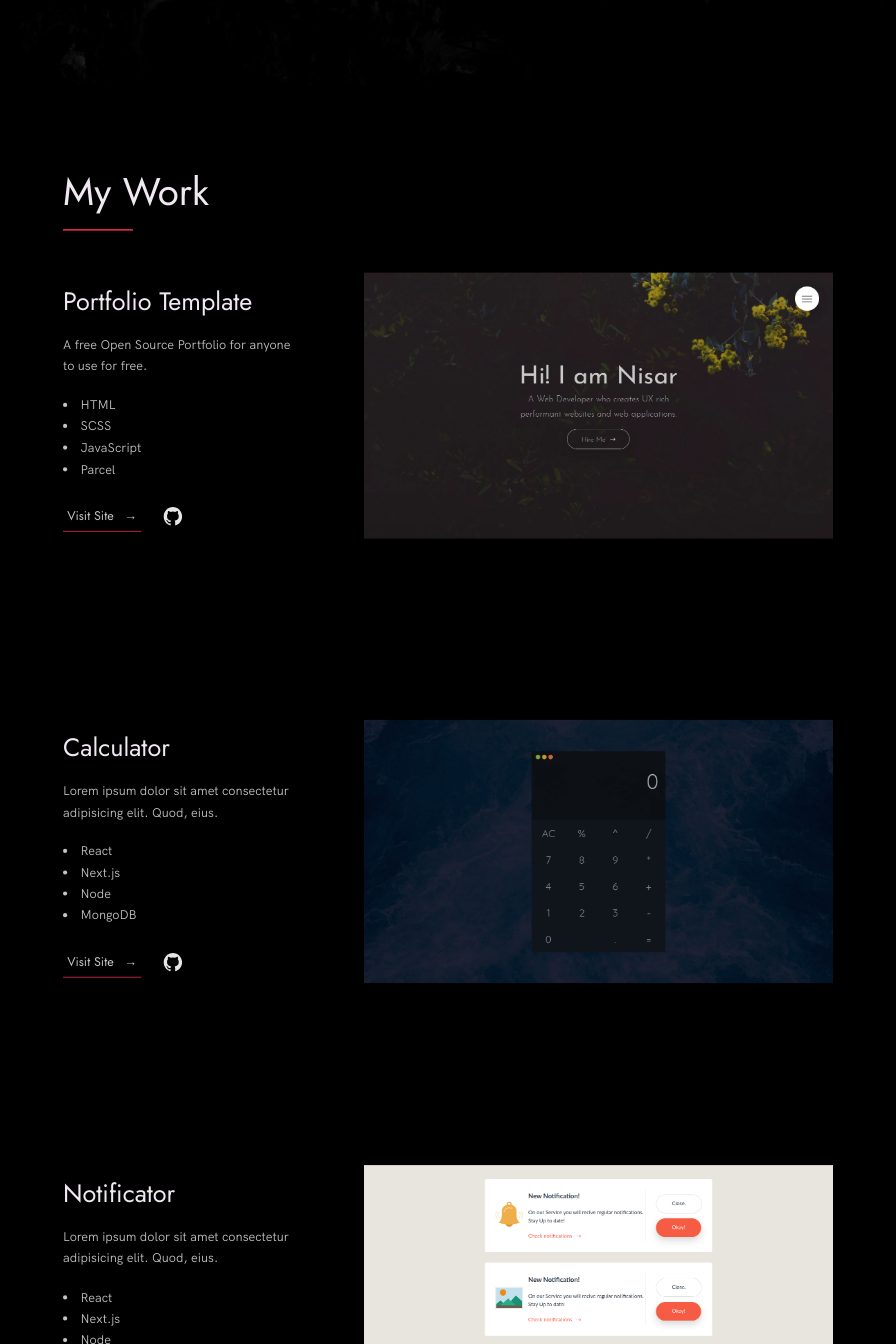
Repository: flyWithWater/portfolio
Page: index.html
The author's editor kept a copy of each file at every save. The page is drawn from the files as they stood at one save, then again after the next save.
The browser window is 1280 px wide. The pictures show the part of the page from y = 599 to 2519 px (the page is 4897 px tall before and 5195 px after), at 70% of full size.
Backgrounds fixed to the window are drawn as part of the page.

Above is the page before, as saved 2026-04-15 16:15:10.

### index.html
<!--
  Hello 😊.

  This template is designed and developed by Nisar Hassan Naqvi
  for anyone to use for free or customize the way they like.

  Github Repo: https://github.com/nisarhassan12/portfolio-template/
  My Website: https://nisar.dev

  For business & inquires, contact me => syednisarhassan12@gmail.com
-->

<!--
  Follow the instructions written in comments to create your stunning portfolio
-->

<!DOCTYPE html>
<html lang="en">

<head>
  <meta charset="UTF-8" />
  <meta name="viewport" content="width=device-width, initial-scale=1.0" />
  <link rel="shortcut icon" type="image/png" href="./images/favicon.png" />

  <!-- Put your site title here -->
  <title>
    Shane Zhang | A Back-End & Android Developer based in Auckland, New Zealand.
  </title>

  <meta name="description" content="Add small description of yourslef.">
  <!-- Add some coding keywords below, Ex: (React, CSS etc) -->
  <meta name="keywords" content="Put your name, skills and some coding keywords" />
  <link rel="stylesheet" href="index.css" />
</head>

<body>

  <!-- ***** Header ***** -->

  <header class="header" role="banner" id="top">
    <div class="row">
      <nav class="nav" role="navigation">
        <ul class="nav__items">
          <li class="nav__item"><a href="#work" class="nav__link">Work</a></li>
          <li class="nav__item"><a href="#clients" class="nav__link">Clients</a></li>
          <li class="nav__item">
            <a href="#about" class="nav__link">About</a>
          </li>
          <li class="nav__item">
            <a href="#contact" class="nav__link">Contact</a>
          </li>
        </ul>
      </nav>
    </div>
    <div class="header__text-box row">
      <div class="header__text">
        <h1 class="heading-primary">
          <!-- Replace the following name with your name -->
          <span>Changsheng Zhang</span>
        </h1>
        <!-- Put a small paragraph about yourself -->
        <p>A Back-End,Android App Developer, Researcher based in Auckland, New Zealand.</p>
        <a href="#contact" class="btn btn--pink">Get in touch</a>
      </div>
    </div>
  </header>

  <main role="main">

    <!-- ***** Work ***** -->

    <section class="work" id="work">
      <div class="row">
        <h2>My Work</h2>
        <div class="work__boxes">

          <!-- Each div with the work__box class is a project. -->

          <div class="work__box">
            <div class="work__text">
              <h3>Portfolio Template</h3>
              <p>
                A free Open Source Portfolio for anyone to use for free.
              </p>
              <ul class="work__list">
                <li>HTML</li>
                <li>SCSS</li>
                <li>JavaScript</li>
                <li>Parcel</li>
              </ul>

              <div class="work__links">
                <a href="https://nisar.surge.sh" target="_blank" class="link__text">
                  Visit Site <span>&rarr;</span>
                </a>
                <a href="https://github.com/nisarhassan12/portfolio" title="View Source Code" target="_blank">
                  <img src="./images/github.svg" class="work__code" alt="GitHub">
                </a>
              </div>
            </div>
            <div class="work__image-box">
              <img src="./images/project-1.png" class="work__image" alt="Project 1" />
            </div>
          </div>

          <div class="work__box">
            <div class="work__text">
              <h3>Calculator</h3>
              <p>
                Lorem ipsum dolor sit amet consectetur adipisicing elit. Quod,
                eius.
              </p>
              <ul class="work__list">
                <li>React</li>
                <li>Next.js</li>
                <li>Node</li>
                <li>MongoDB</li>
              </ul>

              <div class="work__links">
                <a href="#" class="link__text">
                  Visit Site <span>&rarr;</span>
                </a>
                <a href="#">
                  <img src="./images/github.svg" class="work__code" title="View Source Code" alt="GitHub">
                </a>
              </div>
            </div>
            <div class="work__image-box">
              <img src="./images/project-2.png" class="work__image" alt="Project 1" />
            </div>
          </div>

          <div class="work__box">
            <div class="work__text">
              <h3>Notificator</h3>
              <p>
                Lorem ipsum dolor sit amet consectetur adipisicing elit. Quod,
                eius.
              </p>
              <ul class="work__list">
                <li>React</li>
                <li>Next.js</li>
                <li>Node</li>
                <li>MongoDB</li>
              </ul>

              <div class="work__links">
                <a href="#" class="link__text">
                  Visit Site <span>&rarr;</span>
                </a>
                <a href="#">
                  <img src="./images/github.svg" class="work__code" title="View Source Code" alt="GitHub">
                </a>
              </div>
            </div>
            <div class="work__image-box">
              <img src="./images/project-3.png" class="work__image" alt="Project 3" />
            </div>
          </div>
        </div>
      </div>
    </section>

    <!-- ***** Clients ***** -->

    <section class="client" id="clients">
      <div class="row">
        <h2>Clients</h2>
        <div class="client__logos">
          <!-- Add logos of the clients or companies you'have worked with. -->
          <img src="./images/ronjones.png" class="client__logo" alt="Company 2" />
          <img src="./images/goldengrid.png" class="client__logo" alt="Company 3" />
          <img src="./images/bullseye.png" class="client__logo" alt="Company 1" />
          <img src="./images/mighty-furnitures.png" class="client__logo" alt="Company 1" />
          <img src="./images/fastlane.png" class="client__logo" alt="Company 3" />
          <img src="./images/chippy.png" class="client__logo" alt="Company 1" />
        </div>
      </div>
    </section>

    <!-- ***** About ***** -->

    <section class="about" id="about">
      <div class="row">
        <h2>About Me</h2>
        <div class="about__content">
          <div class="about__text">
            <!-- Replace the below paragraph with info about yourself -->
            <p>
              Lorem ipsum dolor sit amet, consectetur adipisicing elit. Eos id
              nostrum illo harum blanditiis, tenetur eum suscipit cupiditate
              in vel, ex quam quidem quos mollitia labore aut sunt eius
              ratione molestiae fuga veniam facere similique voluptate.
            </p>
            <!-- Provide a link to your resume -->
            <a href="#" class="btn">My Resume</a>
          </div>

          <div class="about__photo-container">
            <!-- Add a nice photo of yourself -->
            <img class="about__photo" src="./images/syed-ali-hussnain.jpg" alt="" />
          </div>
        </div>
      </div>
    </section>
  </main>

  <!-- ***** Contact ***** -->

  <section class="contact" id="contact">
    <div class="row">
      <h2>Get in Touch</h2>
      <div class="contact__info">
        <p>
          Are you looking for a fast-performing and user-friendly website to
          represent your product or business? or looking for any kind of
          consultation? or want to ask questions? or have some advice for me
          or just want to say "Hi 👋" in any case feel free to Let me know. I
          will do my best to respond back. 😊 The quickest way to reach out to
          me is via an email.
        </p>
        <!-- Replace the email with yours -->
        <a href="mailto:you@example.com" class="btn">you@example.com</a>
      </div>
    </div>
  </section>

  <!-- ***** Footer ***** -->

  <footer role="contentinfo" class="footer">
    <div class="row">
      <!-- Update the links to point to your accounts -->
      <ul class="footer__social-links">
        <li class="footer__social-link-item">
          <a href="https://twitter.com/nisarhassan12/" title="Link to Twitter Profile">
            <img src="./images/twitter.svg" class="footer__social-image" alt="Twitter">
          </a>
        </li>
        <li class="footer__social-link-item">
          <a href="https://github.com/nisarhassan12/" title="Link to Github Profile">
            <img src="./images/github.svg" class="footer__social-image" alt="Github">
          </a>
        </li>
        <li class="footer__social-link-item">
          <a href="https://codepen.io/nisar_hassan" title="Link to Codepen Profile">
            <img src="./images/codepen.svg" class="footer__social-image" alt="Codepen">
          </a>
        </li>
        <li class="footer__social-link-item">
          <a href=https://www.linkedin.com/in/nisar-hassan-naqvi-413466199/">
            <img src="./images/linkedin.svg" title="Link to Linkedin Profile" class="footer__social-image" alt="Linkedin">
          </a>
        </li>
      </ul>

      <!-- If you give me some credit by keeping the below paragraph, will be huge for me 😊 Thanks. -->
      <p>
        &copy; 2020 - Template designed & developed by <a href="https://nisar.dev" class="link">Nisar</a>.
      </p>
      <div class="footer__github-buttons">
        <iframe
          src="https://ghbtns.com/github-btn.html?user=nisarhassan12&repo=portfolio-template&type=watch&count=true"
          frameborder="0" scrolling="0" width="170" height="20" title="Watch Portfolio Template on GitHub">
        </iframe>
      </div>
    </div>
  </footer>

  <a href="#top" class="back-to-top" title="Back to Top">
    <img src="./images/arrow-up.svg" alt="Back to Top" class="back-to-top__image"/>
  </a>
  <script src="./index.js"></script>
</body>

</html>

### index.css
/* --------------------------------------- */
/* ----- Basic Setup ----- */
/* --------------------------------------- */

@font-face {
    font-family: 'Hk Grotesk';
    font-style: normal;
    font-weight: 400;
    src: url('./fonts/HKGrotesk-Regular.woff') format('woff');
}

@font-face {
    font-family: 'Jost';
    font-style: normal;
    font-weight: 400;
    src: url('./fonts/Jost-Regular.ttf') format('woff');
}

* {
    margin: 0;
    padding: 0;
    box-sizing: inherit;
}

:root {
    --font-size-small: 1.8rem;
    --font-size-normal: 2.2rem;
    --font-size-medium: 2.8rem;
    --font-size-medium-1: 3.6rem;
    --font-size-large: 5.5rem;
    --font-size-huge: 7.5rem;
    --font-stack: 'Hk Grotesk', sans-serif;

    --line-height-normal: 1.7;
    --line-height-small: 1.2;

    --black: #000;
    --pink: #ff3258;
    --white: #f0e9f2;
    --white-1: #e5e5e6da;


    --container-max-width: 1180px;
    --container-normal-width: 800px;
    --container-medium-width: 700px;
    --container-small-width: 500px;

    --gutter-huge: 12rem;
    --gutter-medium: 6rem;
    --gutter-normal: 3rem;
    --gutter-small-1: 2.5rem;
    --gutter-small: 2rem;

    --border-light: 1px solid rgb(36, 35, 35);
}

html {
    font-size: 62.5%; /* (16/10)*100 = 62.5% => 1rem = 10px */
    box-sizing: border-box;
    scroll-behavior: smooth;
}

@media(max-width: 1000px) {
    html {
        font-size: 52%;
    }
}

body {
    font-size: var(--font-size-small);
    font-family: var(--font-stack);
    font-weight: 400;
    color: var(--white-1);
    line-height: var(--line-height-normal);
    background: var(--black);
    overflow-x: hidden;
}

.row {
    max-width: var(--container-max-width);
    margin: 0 auto;
}

@media(max-width: 1340px) {
    .row {
        max-width: 1100px;
    }
}

@media(max-width: 1240px) {
    .row {
        padding: 0 var(--gutter-medium);
    }
}

@media(max-width: 600px) {
    .row {
        padding: 0 var(--gutter-normal);
    }
}

@media(max-width: 600px) {
    .row {
        padding: 0 var(--gutter-small);
    }
}

section {
    padding: var(--gutter-huge) 0;
    border-bottom: var(--border-light);
}

img {
    object-fit: contain;
    max-width: 100%;
}

/* --------------------------------------- */
/* ----- Headlines and Paragraphs ----- */
/* --------------------------------------- */

h1,
h2,
h3 {
    font-family: 'Jost', sans-serif;
    font-weight: 400;
    line-height: var(--line-height-small);
    color: var(--white);
}

.heading-primary {
    line-height: 1;
    font-size: var(--font-size-huge);
    font-weight: 400;
}

@media(max-width: 900px) {
    .heading-primary {
        font-size: 6.5rem;
    }
}

h2 {
    font-size: var(--font-size-large);
    margin-bottom: var(--gutter-medium);
}

h2::after {
    content: '';
    display: block;
    height: 2px;
    width: 10rem;
    background: var(--pink);
    margin: var(--gutter-small) 0;
}

h3 {
    font-size: var(--font-size-medium-1);
    margin-bottom: var(--gutter-small);
}

@media(max-width: 500px) {
    .heading-primary {
        font-size: var(--font-size-large);
    }

    h2 {
        font-size: var(--font-size-medium-1);
    }

    h3 {
        font-size: var(--font-size-medium);
    }
}

p {
    margin: var(--gutter-small-1) 0;
}

@media(max-width: 900px) {
    p {
        max-width: var(--container-small-width);
    }
}

/* --------------------------------------- */
/* ----- Buttons and Links ----- */
/* --------------------------------------- */

a {
    color: var(--white);
    font-weight: 400;
    font-family: 'Jost', sans-serif;
    transition: all .2s;
    outline: 2px solid transparent;
}

::-moz-focus-inner {
    border: 0;
}

button:focus,
a:focus {
    outline: 2px solid var(--pink);
}

body:not(.user-is-tabbing) button:focus,
body:not(.user-is-tabbing) a:focus {
    outline: none;
}

.link:hover {
    color: var(--pink);
}

.btn {
    position: relative;
    display: inline-block;
    padding: 1rem 4.2rem;
    text-decoration: none;
    color: inherit;
    border: 1px solid  var(--pink);
    font-weight: 400;
}

.btn:focus {
    outline: none;
}

.btn::after {
    content: '';
    display: block;
    position: absolute;
    top: 0;
    left: 0;
    right: 100%;
    background: var(--white);
    height: 100%;
    z-index: -1;
    transition: all 0.2s cubic-bezier(1, 0.68, 0.16, 0.9);
}

.btn:hover::after,
.btn:focus::after {
    right: 0;
    background: var(--pink);
}

.btn--pink {
    background: var(--pink);
    transition: all 0.2s;
}

.btn--pink::after {
    display: none;
}

.btn--pink:hover,
.btn--pink:focus {
    background: transparent;
}

.link__text {
    position: relative;
    display: inline-block;
    padding: .6rem;
    color: inherit;
    text-decoration: none;
    border-bottom: 1px solid var(--pink);
}

.link__text::after {
    content: '';
    display: block;
    position: absolute;
    top: 0;
    left: 0;
    right: 100%;
    background: var(--white);
    height: 100%;
    z-index: -1;
    transition: all 0.2s cubic-bezier(1, 0.68, 0.16, 0.9);
}

.link__text:focus {
    outline: none;
}

.link__text:hover::after,
.link__text:focus:after {
    right: 0;
    background: var(--pink);
}

.link__text span {
    padding-left: 1rem;
    font-family: sans-serif;
}

/* ----- Back to Top ----- */

.back-to-top {
    position: fixed;
    bottom: 4rem;
    right: 4rem;
    display: flex;
    justify-content: center;
    align-items: center;
    height: 5.5rem;
    width: 5.5rem;
    background-color: var(--pink);
    border-radius: 50%;
    z-index: 10;
    visibility: hidden;
    transition: all .4s;
}

.back-to-top__image {
    height: 70%;
}

@media(max-width: 900px) {
    .back-to-top {
        right: 2rem;
    }
}

@media(max-width: 500px) {
    .back-to-top {
        right: 1rem;
    }
}

/* --------------------------------------- */
/* ----- Navigation ----- */
/* --------------------------------------- */

.nav {
    display: flex;
    justify-content: flex-end;
    padding: var(--gutter-normal) 0;
}

.nav__items {
    display: flex;
    list-style: none;
}

.nav__item:not(:last-child) {
    margin-right: var(--gutter-medium);
}

@media(max-width: 500px) {
    .nav {
        justify-content: center;
    }
}

@media(max-width: 400px) {
    .nav__item:not(:last-child) {
        margin-right: var(--gutter-normal);
    }
}

@media(max-width: 300px) {
    .nav {
        font-size: var(--font-size-small);
    }
}

.nav__link {
    position: relative;
    display: inline-block;
    padding: 1rem 0;
    text-decoration: none;
    color: inherit;
    transition: all .2s;
}

.nav__link::after {
    content: '';
    position: absolute;
    bottom: 0;
    left: 0;
    right: 100%;
    display: inline-block;
    height: 1rem;
    background: var(--white);
    transition: all 0.25s cubic-bezier(1, 0.68, 0.16, 0.9);
}

.nav__link:hover {
    color: var(--pink);
}

.nav__link:hover::after {
    right: 0;
    height: 2px;
    background: var(--pink);
}

/* --------------------------------------- */
/* ----- Header ----- */
/* --------------------------------------- */

.header {
    background: linear-gradient(rgba(0,0,0, .1), rgba(0,0,0, .4)),
        url('./images/header.jpg');
    height: 100vh;
    background-size: cover;
    background-position: center;
    background-attachment: fixed;
    font-size: var(--font-size-normal);
}

.header__text {
    position: absolute;
    top: 50%;
    transform: translateY(-50%);
}

.header__text p {
    margin: 1.5rem 0 3.5rem;
    max-width: var(--container-medium-width);
    font-family: 'Jost', sans-serif;
    font-size: var(--font-size-medium);
}

@media(max-width: 500px) {
    .header {
        text-align: center;
    }

    .header__text p {
        transform: scale(.8);
    }
}

/* --------------------------------------- */
/* ----- Work ----- */
/* --------------------------------------- */

.work__box {
    display: flex;
    align-items: center;
}

@media(max-width: 900px) {
    .work__box {
        align-items: initial;
        flex-direction: column-reverse;
    }
}

.work__box:not(:last-child) {
    margin-bottom: 25rem;
}

@media(max-width: 500px) {
    .work__box:not(:last-child) {
        margin-bottom: 20rem;
    }
}

.work__links {
    display: flex;
    align-items: center;
}

.work__text {
    flex: 0 0 30%;
}

.work__list {
    /* list-style-type: square; */
    list-style-position: inside;
    margin-bottom: var(--gutter-normal);
}

.work__code {
    display: block;
    height: 3rem;
    margin-left: var(--gutter-normal);
    transition: all .3s;
}

.work__code:hover {
    transform: scale(1.2);
}

.work__image-box {
    margin-bottom: var(--gutter-normal);
}

@media(min-width: 901px) {
    .work__image-box {
        flex: 1;
        margin: 0 0 0 10rem;
    }
}

@media(max-width: 900px) {
    .work__code {
        height: 4rem;
    }
}

/* --------------------------------------- */
/* ----- Clients ----- */
/* --------------------------------------- */

.client__logos {
    display: flex;
    justify-content: space-between;
    filter: invert(100%) grayscale(100%) opacity(.8);
}

.client__logo {
    height: 6.5rem;
    max-width: 18rem;
}

@media(max-width: 1240px) {
    .client__logos {
        overflow-x: scroll;
        padding: var(--gutter-normal);
    }

    .client__logo:not(:last-of-type) {
        margin-right: var(--gutter-medium);
    }
}

/* --------------------------------------- */
/* ----- About ----- */
/* --------------------------------------- */

.about__content {
    display: flex;
    flex-direction: row-reverse;
    align-items: center;
}

@media(max-width: 900px) {
    .about__content {
        flex-direction: column-reverse;
        align-items: initial;
    }
}

.about__photo-container {
    margin-bottom: var(--gutter-normal);
}

@media(min-width: 901px) {
    .about__text {
        flex: 0 0 35%;
    }

    .about__photo-container {
        flex: 1;
        margin: 0 var(--gutter-huge) 0 0;
    }
}

/* --------------------------------------- */
/* ----- Contact ----- */
/* --------------------------------------- */

.contact__info {
    max-width: var(--container-medium-width);
}

/* --------------------------------------- */
/* ----- Footer ----- */
/* --------------------------------------- */

.footer {
    text-align: center;
    padding: var(--gutter-medium) 0 var(--gutter-normal);
}

.footer__social-links {
    display: flex;
    justify-content: center;
    padding: var(--gutter-normal) 0;
    list-style: none;
}

.footer__social-link-item:not(:last-of-type) {
    margin-right: var(--gutter-small);
}

.footer__social-image {
    height: 4rem;
}

.footer__github-buttons {
    display: flex;
    justify-content: center;
}

.footer__github-buttons iframe {
    height: 2.5rem;
    width: 84px;
    transform: translateY(3px);
}

@media(max-width: 500px) {
    .footer {
        padding: var(--gutter-medium) 0;
    }
}

### index.js
/* -----------------------------------------
  Have focus outline only for keyboard users
 ---------------------------------------- */

const handleFirstTab = (e) => {
  if(e.key === 'Tab') {
    document.body.classList.add('user-is-tabbing')

    window.removeEventListener('keydown', handleFirstTab)
    window.addEventListener('mousedown', handleMouseDownOnce)
  }

}

const handleMouseDownOnce = () => {
  document.body.classList.remove('user-is-tabbing')

  window.removeEventListener('mousedown', handleMouseDownOnce)
  window.addEventListener('keydown', handleFirstTab)
}

window.addEventListener('keydown', handleFirstTab)

const backToTopButton = document.querySelector(".back-to-top");
let isBackToTopRendered = false;

let alterStyles = (isBackToTopRendered) => {
  backToTopButton.style.visibility = isBackToTopRendered ? "visible" : "hidden";
  backToTopButton.style.opacity = isBackToTopRendered ? 1 : 0;
  backToTopButton.style.transform = isBackToTopRendered
    ? "scale(1)"
    : "scale(0)";
};

window.addEventListener("scroll", () => {
  if (window.scrollY > 700) {
    isBackToTopRendered = true;
    alterStyles(isBackToTopRendered);
  } else {
    isBackToTopRendered = false;
    alterStyles(isBackToTopRendered);
  }
});

After the next save:
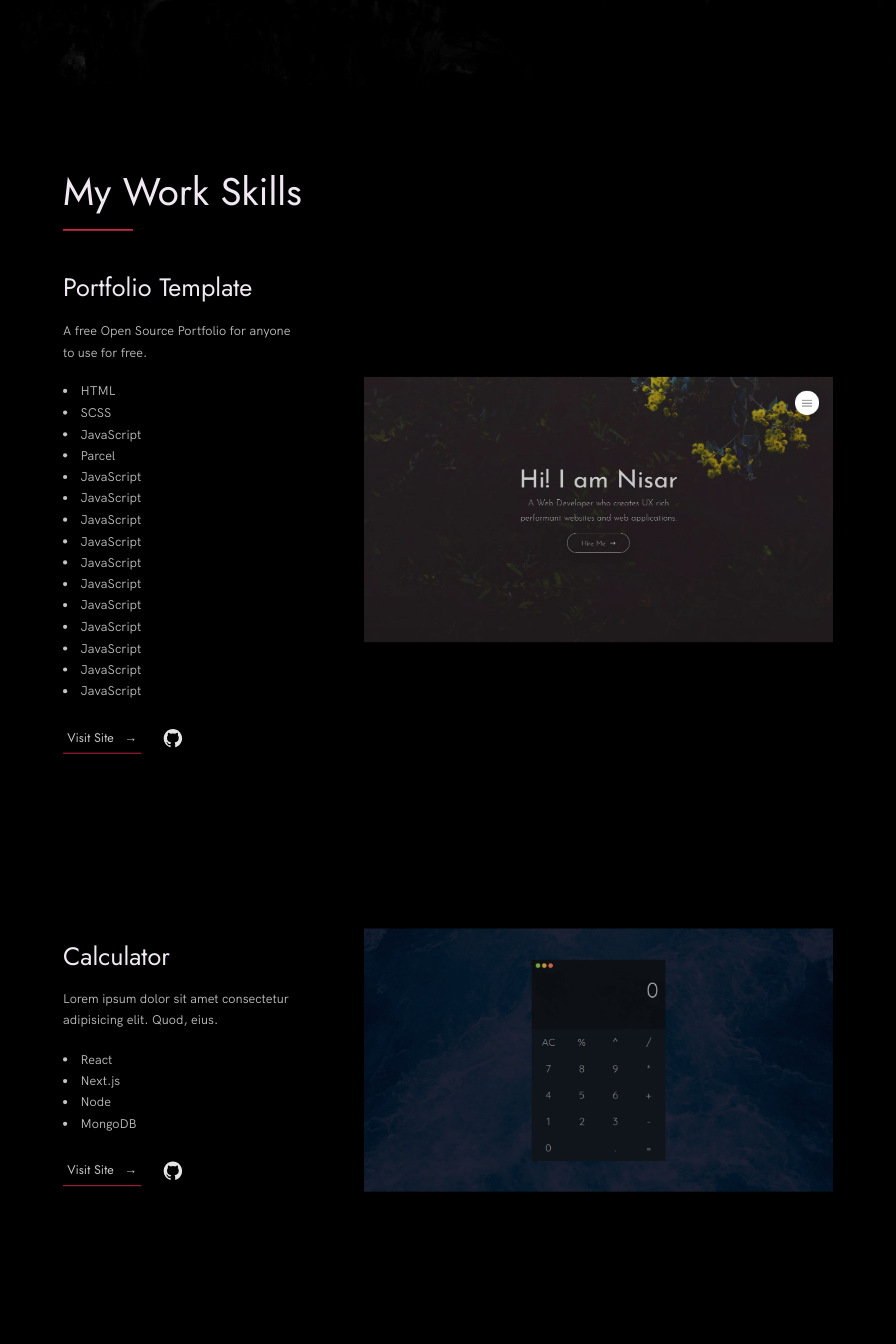
Saved 74 s later.
--- a/index.html
+++ b/index.html
@@ -71,7 +71,7 @@
 
     <section class="work" id="work">
       <div class="row">
-        <h2>My Work</h2>
+        <h2>My Work Skills</h2>
         <div class="work__boxes">
 
           <!-- Each div with the work__box class is a project. -->
@@ -87,6 +87,17 @@
                 <li>SCSS</li>
                 <li>JavaScript</li>
                 <li>Parcel</li>
+                <li>JavaScript</li>
+                <li>JavaScript</li>
+                <li>JavaScript</li>
+                <li>JavaScript</li>
+                <li>JavaScript</li>
+                <li>JavaScript</li>
+                <li>JavaScript</li>
+                <li>JavaScript</li>
+                <li>JavaScript</li>
+                <li>JavaScript</li>
+                <li>JavaScript</li>
               </ul>
 
               <div class="work__links">
